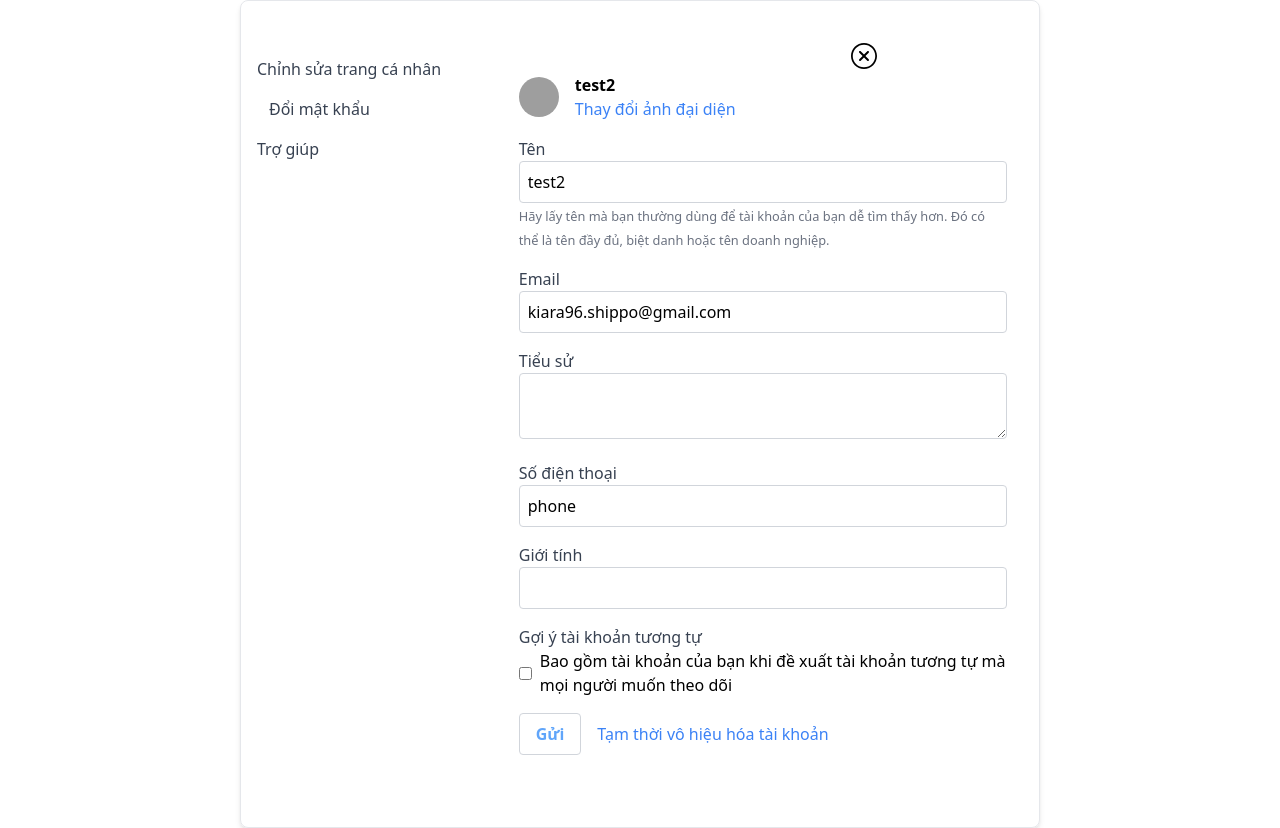
Repository: DangNgocDuong250903/2425_CS445AC_NHOM1
Page: /update_user (app in social_fe/)
These files come from the project's save history. The page is drawn as it stood at one moment and after the next save; the edit follows.
The browser window is 1280 px wide. The pictures show the whole page.
Pictures or frames that could not be fetched are drawn as grey boxes. The project was rebuilt for these pictures with package versions that can differ from the ones it lists, and the page was loaded fresh each time. Also part of the build but not shown: social_fe/vite.config.js, social_fe/src/components/Button/index.jsx, social_fe/src/assets/index.js, social_fe/src/components/FriendCard/index.jsx, social_fe/src/components/Loading/index.jsx, social_fe/src/components/PostCard/index.jsx, social_fe/src/components/ProfileCard/index.jsx, social_fe/src/components/TextInput/index.jsx and 8 more.

Above is the page before, as saved 2024-11-05 11:10:38.

After the next save:
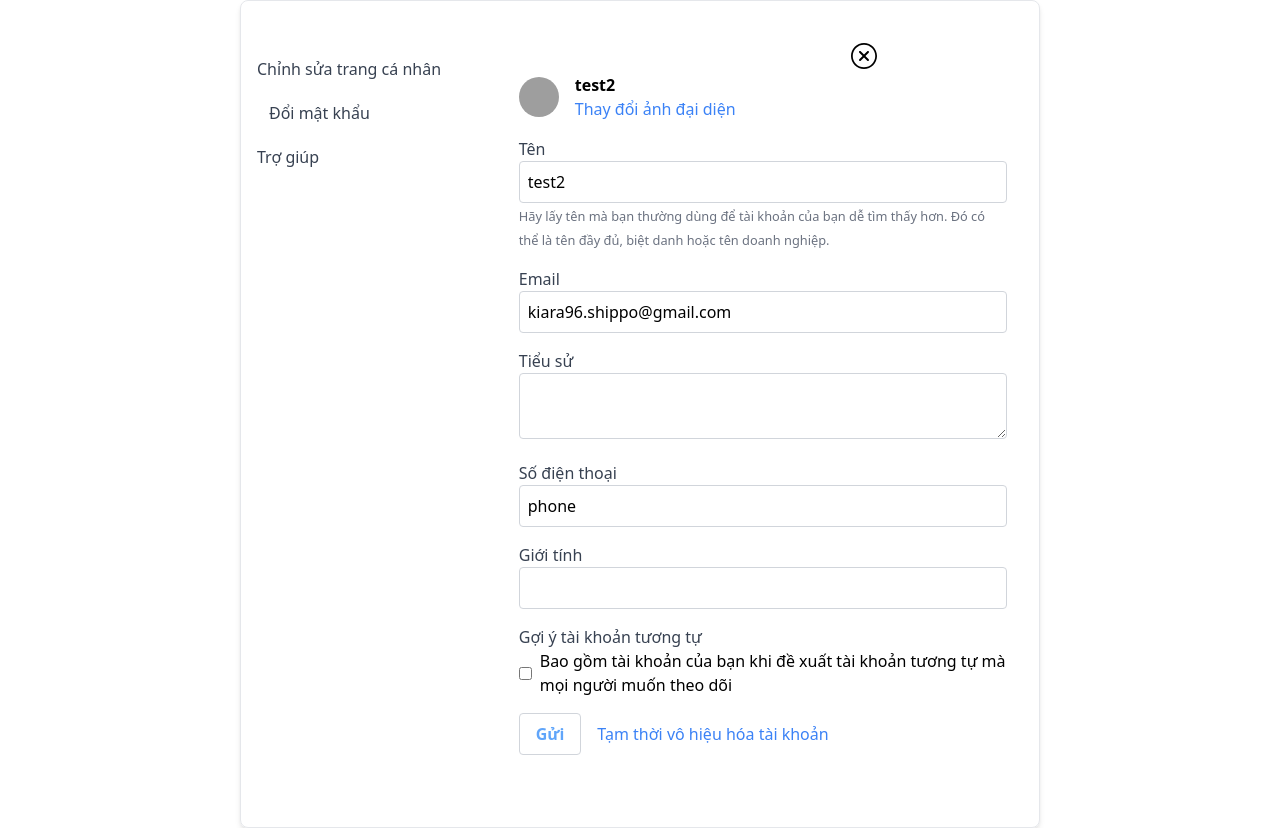
Saved 10 s later.
--- a/social_fe/src/pages/ProfilePage/updateUser.jsx
+++ b/social_fe/src/pages/ProfilePage/updateUser.jsx
@@ -26,7 +26,7 @@ const UpdateUser = () => {
                     <Link
 
                         onClick={() => handleLinkClick(2)}
-                        className={`mb-4 font-medium hover:bg-gray-200 px-3 ${selectedLink === 2 ? 'text-blue-500' : 'text-gray-700'}`}
+                        className={`mb-4 font-medium hover:bg-gray-200 px-3 py-1 ${selectedLink === 2 ? 'text-blue-500' : 'text-gray-700'}`}
                     >
                         Đổi mật khẩu
                     </Link>
